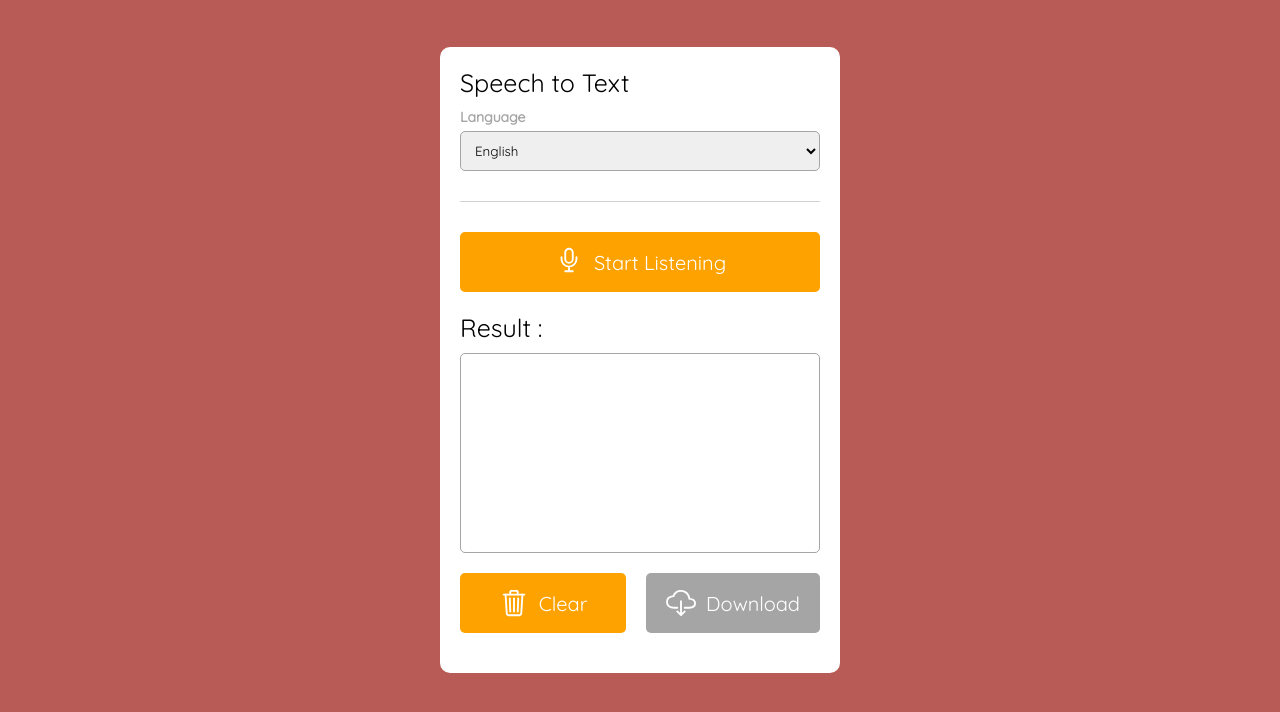
Repository: tsthuy/SpeechToText
Page: index.html
An editor plug-in stored every save of this project. The page is shown before and after the next save, followed by the edit.
The browser window is 1280 px wide. The pictures show the whole page.

Above is the page before, as saved 2023-08-28 03:17:38.

After the next save:
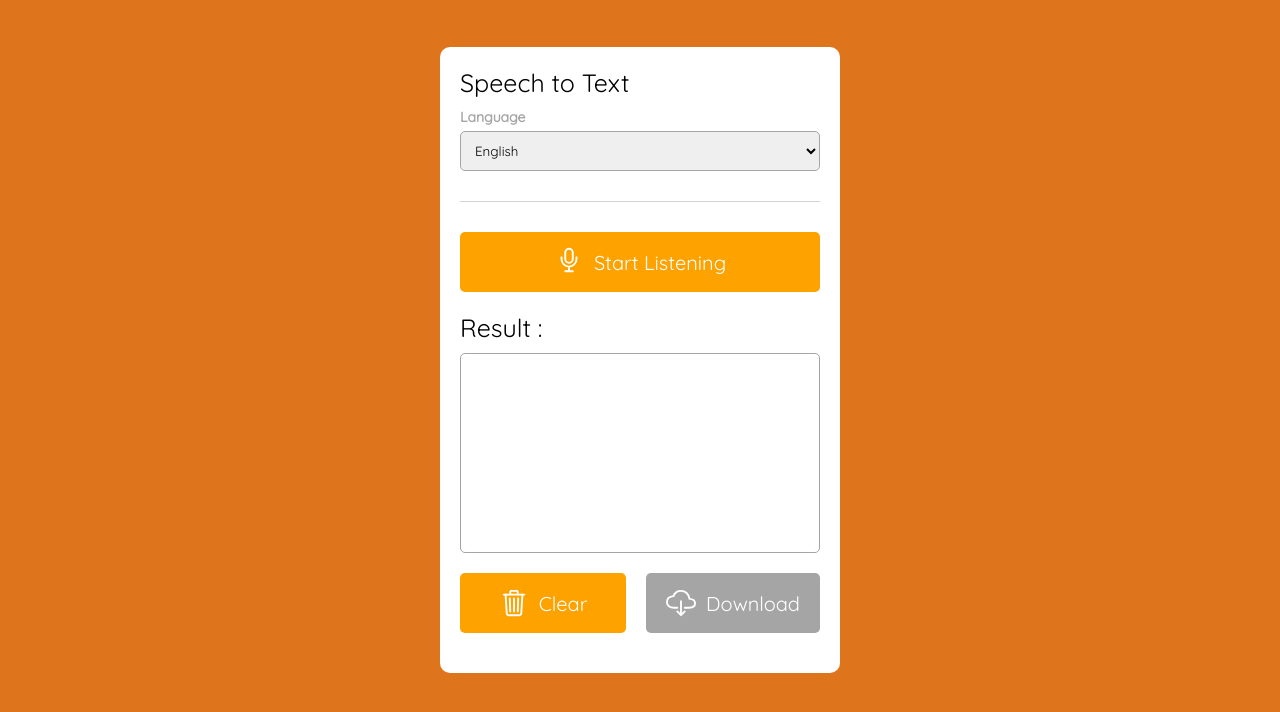
Saved 23 s later.
--- a/style.css
+++ b/style.css
@@ -4,7 +4,7 @@
   --bg-color: #fff;
   --text-color: #000;
   --light-text-color: #a5a5a5;
-  --body-bg-color: #B85B56;
+  --body-bg-color: #DE741C;
 }
 * {
   margin: 0;
